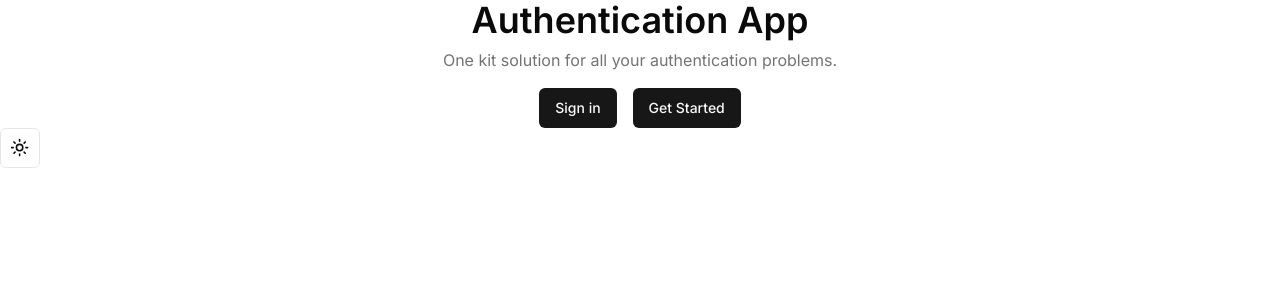
Repository: nickgoel31/authentication-toolkit
Page: /
These files come from the project's save history. The page is drawn as it stood at one moment and after the next save; the edit follows.
The browser window is 1280 px wide. The pictures show the whole page.
The project was rebuilt for these pictures with package versions that can differ from the ones it lists, and the page was loaded fresh each time. The framework's server and built-in components were replaced by stand-ins that run in the browser. Also part of the build but not shown: next.config.mjs.

Above is the page before, as saved 2024-02-04 13:08:49.

### app/layout.tsx
import type { Metadata } from "next";
import { Inter } from "next/font/google";
import "./globals.css";
import { ThemeProvider } from "@/providers/theme-provider";
import { ModeToggle } from "@/components/mode-toggle";

const inter = Inter({ subsets: ["latin"] });

export const metadata: Metadata = {
  title: "Authentication App",
  description: "Generated by create next app",
};

export default function RootLayout({
  children,
}: Readonly<{
  children: React.ReactNode;
}>) {
  return (
    <html lang="en">
      <body className={inter.className}>
      <ThemeProvider
        attribute="class"
        defaultTheme="system"
        enableSystem
        disableTransitionOnChange
        >
        <div className="relative">
          {children}
          <ModeToggle />
        </div>

      </ThemeProvider>
      </body>
    </html>
  );
}

### app/(landing)/layout.tsx
import React from 'react'

const HomeLayout = ({children} : {children:React.ReactNode}) => {
  return (
    <div className='h-full flex flex-col items-center justify-center'>
        {children}
    </div>
  )
}

export default HomeLayout

### app/(landing)/page.tsx
import { Button } from "@/components/ui/button";
import Image from "next/image";
import Link from "next/link";

export default function Home() {
  return (
    <div className="flex flex-col space-y-2 items-center justify-center">
      <h1 className="font-semibold text-4xl">Authentication App</h1>
      <p className="text-muted-foreground text-medium">One kit solution for all your authentication problems.</p>

      <div className="flex items-center gap-4 pt-2">
        <Button><Link href={'/sign-in'}>Sign in</Link></Button>
        <Button><Link href={'/sign-up'}>Get Started</Link></Button>

      </div>
    </div>
  );
}

### app/globals.css
@tailwind base;
@tailwind components;
@tailwind utilities;

html,body{
  height: 100%;
}

@layer base {
  :root {
    --background: 0 0% 100%;
    --foreground: 0 0% 3.9%;

    --card: 0 0% 100%;
    --card-foreground: 0 0% 3.9%;

    --popover: 0 0% 100%;
    --popover-foreground: 0 0% 3.9%;

    --primary: 0 0% 9%;
    --primary-foreground: 0 0% 98%;

    --secondary: 0 0% 96.1%;
    --secondary-foreground: 0 0% 9%;

    --muted: 0 0% 96.1%;
    --muted-foreground: 0 0% 45.1%;

    --accent: 0 0% 96.1%;
    --accent-foreground: 0 0% 9%;

    --destructive: 0 84.2% 60.2%;
    --destructive-foreground: 0 0% 98%;

    --border: 0 0% 89.8%;
    --input: 0 0% 89.8%;
    --ring: 0 0% 3.9%;

    --radius: 0.5rem;
  }

  .dark {
    --background: 0 0% 3.9%;
    --foreground: 0 0% 98%;

    --card: 0 0% 3.9%;
    --card-foreground: 0 0% 98%;

    --popover: 0 0% 3.9%;
    --popover-foreground: 0 0% 98%;

    --primary: 0 0% 98%;
    --primary-foreground: 0 0% 9%;

    --secondary: 0 0% 14.9%;
    --secondary-foreground: 0 0% 98%;

    --muted: 0 0% 14.9%;
    --muted-foreground: 0 0% 63.9%;

    --accent: 0 0% 14.9%;
    --accent-foreground: 0 0% 98%;

    --destructive: 0 62.8% 30.6%;
    --destructive-foreground: 0 0% 98%;

    --border: 0 0% 14.9%;
    --input: 0 0% 14.9%;
    --ring: 0 0% 83.1%;
  }
}

@layer base {
  * {
    @apply border-border;
  }
  body {
    @apply bg-background text-foreground;
  }
}

### components/mode-toggle.tsx
"use client"

import * as React from "react"
import { Moon, Sun } from "lucide-react"
import { useTheme } from "next-themes"

import { Button } from "@/components/ui/button"
import {
  DropdownMenu,
  DropdownMenuContent,
  DropdownMenuItem,
  DropdownMenuTrigger,
} from "@/components/ui/dropdown-menu"

export function ModeToggle() {
  const { setTheme } = useTheme()

  return (
    <DropdownMenu>
      <DropdownMenuTrigger asChild>
        <Button variant="outline" size="icon">
          <Sun className="h-[1.2rem] w-[1.2rem] rotate-0 scale-100 transition-all dark:-rotate-90 dark:scale-0" />
          <Moon className="absolute h-[1.2rem] w-[1.2rem] rotate-90 scale-0 transition-all dark:rotate-0 dark:scale-100" />
          <span className="sr-only">Toggle theme</span>
        </Button>
      </DropdownMenuTrigger>
      <DropdownMenuContent align="end">
        <DropdownMenuItem onClick={() => setTheme("light")}>
          Light
        </DropdownMenuItem>
        <DropdownMenuItem onClick={() => setTheme("dark")}>
          Dark
        </DropdownMenuItem>
        <DropdownMenuItem onClick={() => setTheme("system")}>
          System
        </DropdownMenuItem>
      </DropdownMenuContent>
    </DropdownMenu>
  )
}

### components/ui/button.tsx
import * as React from "react"
import { Slot } from "@radix-ui/react-slot"
import { cva, type VariantProps } from "class-variance-authority"

import { cn } from "@/lib/utils"

const buttonVariants = cva(
  "inline-flex items-center justify-center whitespace-nowrap rounded-md text-sm font-medium ring-offset-background transition-colors focus-visible:outline-none focus-visible:ring-2 focus-visible:ring-ring focus-visible:ring-offset-2 disabled:pointer-events-none disabled:opacity-50",
  {
    variants: {
      variant: {
        default: "bg-primary text-primary-foreground hover:bg-primary/90",
        destructive:
          "bg-destructive text-destructive-foreground hover:bg-destructive/90",
        outline:
          "border border-input bg-background hover:bg-accent hover:text-accent-foreground",
        secondary:
          "bg-secondary text-secondary-foreground hover:bg-secondary/80",
        ghost: "hover:bg-accent hover:text-accent-foreground",
        link: "text-primary underline-offset-4 hover:underline",
      },
      size: {
        default: "h-10 px-4 py-2",
        sm: "h-9 rounded-md px-3",
        lg: "h-11 rounded-md px-8",
        icon: "h-10 w-10",
      },
    },
    defaultVariants: {
      variant: "default",
      size: "default",
    },
  }
)

export interface ButtonProps
  extends React.ButtonHTMLAttributes<HTMLButtonElement>,
    VariantProps<typeof buttonVariants> {
  asChild?: boolean
}

const Button = React.forwardRef<HTMLButtonElement, ButtonProps>(
  ({ className, variant, size, asChild = false, ...props }, ref) => {
    const Comp = asChild ? Slot : "button"
    return (
      <Comp
        className={cn(buttonVariants({ variant, size, className }))}
        ref={ref}
        {...props}
      />
    )
  }
)
Button.displayName = "Button"

export { Button, buttonVariants }

### components/ui/dropdown-menu.tsx
"use client"

import * as React from "react"
import * as DropdownMenuPrimitive from "@radix-ui/react-dropdown-menu"
import { Check, ChevronRight, Circle } from "lucide-react"

import { cn } from "@/lib/utils"

const DropdownMenu = DropdownMenuPrimitive.Root

const DropdownMenuTrigger = DropdownMenuPrimitive.Trigger

const DropdownMenuGroup = DropdownMenuPrimitive.Group

const DropdownMenuPortal = DropdownMenuPrimitive.Portal

const DropdownMenuSub = DropdownMenuPrimitive.Sub

const DropdownMenuRadioGroup = DropdownMenuPrimitive.RadioGroup

const DropdownMenuSubTrigger = React.forwardRef<
  React.ElementRef<typeof DropdownMenuPrimitive.SubTrigger>,
  React.ComponentPropsWithoutRef<typeof DropdownMenuPrimitive.SubTrigger> & {
    inset?: boolean
  }
>(({ className, inset, children, ...props }, ref) => (
  <DropdownMenuPrimitive.SubTrigger
    ref={ref}
    className={cn(
      "flex cursor-default select-none items-center rounded-sm px-2 py-1.5 text-sm outline-none focus:bg-accent data-[state=open]:bg-accent",
      inset && "pl-8",
      className
    )}
    {...props}
  >
    {children}
    <ChevronRight className="ml-auto h-4 w-4" />
  </DropdownMenuPrimitive.SubTrigger>
))
DropdownMenuSubTrigger.displayName =
  DropdownMenuPrimitive.SubTrigger.displayName

const DropdownMenuSubContent = React.forwardRef<
  React.ElementRef<typeof DropdownMenuPrimitive.SubContent>,
  React.ComponentPropsWithoutRef<typeof DropdownMenuPrimitive.SubContent>
>(({ className, ...props }, ref) => (
  <DropdownMenuPrimitive.SubContent
    ref={ref}
    className={cn(
      "z-50 min-w-[8rem] overflow-hidden rounded-md border bg-popover p-1 text-popover-foreground shadow-lg data-[state=open]:animate-in data-[state=closed]:animate-out data-[state=closed]:fade-out-0 data-[state=open]:fade-in-0 data-[state=closed]:zoom-out-95 data-[state=open]:zoom-in-95 data-[side=bottom]:slide-in-from-top-2 data-[side=left]:slide-in-from-right-2 data-[side=right]:slide-in-from-left-2 data-[side=top]:slide-in-from-bottom-2",
      className
    )}
    {...props}
  />
))
DropdownMenuSubContent.displayName =
  DropdownMenuPrimitive.SubContent.displayName

const DropdownMenuContent = React.forwardRef<
  React.ElementRef<typeof DropdownMenuPrimitive.Content>,
  React.ComponentPropsWithoutRef<typeof DropdownMenuPrimitive.Content>
>(({ className, sideOffset = 4, ...props }, ref) => (
  <DropdownMenuPrimitive.Portal>
    <DropdownMenuPrimitive.Content
      ref={ref}
      sideOffset={sideOffset}
      className={cn(
        "z-50 min-w-[8rem] overflow-hidden rounded-md border bg-popover p-1 text-popover-foreground shadow-md data-[state=open]:animate-in data-[state=closed]:animate-out data-[state=closed]:fade-out-0 data-[state=open]:fade-in-0 data-[state=closed]:zoom-out-95 data-[state=open]:zoom-in-95 data-[side=bottom]:slide-in-from-top-2 data-[side=left]:slide-in-from-right-2 data-[side=right]:slide-in-from-left-2 data-[side=top]:slide-in-from-bottom-2",
        className
      )}
      {...props}
    />
  </DropdownMenuPrimitive.Portal>
))
DropdownMenuContent.displayName = DropdownMenuPrimitive.Content.displayName

const DropdownMenuItem = React.forwardRef<
  React.ElementRef<typeof DropdownMenuPrimitive.Item>,
  React.ComponentPropsWithoutRef<typeof DropdownMenuPrimitive.Item> & {
    inset?: boolean
  }
>(({ className, inset, ...props }, ref) => (
  <DropdownMenuPrimitive.Item
    ref={ref}
    className={cn(
      "relative flex cursor-default select-none items-center rounded-sm px-2 py-1.5 text-sm outline-none transition-colors focus:bg-accent focus:text-accent-foreground data-[disabled]:pointer-events-none data-[disabled]:opacity-50",
      inset && "pl-8",
      className
    )}
    {...props}
  />
))
DropdownMenuItem.displayName = DropdownMenuPrimitive.Item.displayName

const DropdownMenuCheckboxItem = React.forwardRef<
  React.ElementRef<typeof DropdownMenuPrimitive.CheckboxItem>,
  React.ComponentPropsWithoutRef<typeof DropdownMenuPrimitive.CheckboxItem>
>(({ className, children, checked, ...props }, ref) => (
  <DropdownMenuPrimitive.CheckboxItem
    ref={ref}
    className={cn(
      "relative flex cursor-default select-none items-center rounded-sm py-1.5 pl-8 pr-2 text-sm outline-none transition-colors focus:bg-accent focus:text-accent-foreground data-[disabled]:pointer-events-none data-[disabled]:opacity-50",
      className
    )}
    checked={checked}
    {...props}
  >
    <span className="absolute left-2 flex h-3.5 w-3.5 items-center justify-center">
      <DropdownMenuPrimitive.ItemIndicator>
        <Check className="h-4 w-4" />
      </DropdownMenuPrimitive.ItemIndicator>
    </span>
    {children}
  </DropdownMenuPrimitive.CheckboxItem>
))
DropdownMenuCheckboxItem.displayName =
  DropdownMenuPrimitive.CheckboxItem.displayName

const DropdownMenuRadioItem = React.forwardRef<
  React.ElementRef<typeof DropdownMenuPrimitive.RadioItem>,
  React.ComponentPropsWithoutRef<typeof DropdownMenuPrimitive.RadioItem>
>(({ className, children, ...props }, ref) => (
  <DropdownMenuPrimitive.RadioItem
    ref={ref}
    className={cn(
      "relative flex cursor-default select-none items-center rounded-sm py-1.5 pl-8 pr-2 text-sm outline-none transition-colors focus:bg-accent focus:text-accent-foreground data-[disabled]:pointer-events-none data-[disabled]:opacity-50",
      className
    )}
    {...props}
  >
    <span className="absolute left-2 flex h-3.5 w-3.5 items-center justify-center">
      <DropdownMenuPrimitive.ItemIndicator>
        <Circle className="h-2 w-2 fill-current" />
      </DropdownMenuPrimitive.ItemIndicator>
    </span>
    {children}
  </DropdownMenuPrimitive.RadioItem>
))
DropdownMenuRadioItem.displayName = DropdownMenuPrimitive.RadioItem.displayName

const DropdownMenuLabel = React.forwardRef<
  React.ElementRef<typeof DropdownMenuPrimitive.Label>,
  React.ComponentPropsWithoutRef<typeof DropdownMenuPrimitive.Label> & {
    inset?: boolean
  }
>(({ className, inset, ...props }, ref) => (
  <DropdownMenuPrimitive.Label
    ref={ref}
    className={cn(
      "px-2 py-1.5 text-sm font-semibold",
      inset && "pl-8",
      className
    )}
    {...props}
  />
))
DropdownMenuLabel.displayName = DropdownMenuPrimitive.Label.displayName

const DropdownMenuSeparator = React.forwardRef<
  React.ElementRef<typeof DropdownMenuPrimitive.Separator>,
  React.ComponentPropsWithoutRef<typeof DropdownMenuPrimitive.Separator>
>(({ className, ...props }, ref) => (
  <DropdownMenuPrimitive.Separator
    ref={ref}
    className={cn("-mx-1 my-1 h-px bg-muted", className)}
    {...props}
  />
))
DropdownMenuSeparator.displayName = DropdownMenuPrimitive.Separator.displayName

const DropdownMenuShortcut = ({
  className,
  ...props
}: React.HTMLAttributes<HTMLSpanElement>) => {
  return (
    <span
      className={cn("ml-auto text-xs tracking-widest opacity-60", className)}
      {...props}
    />
  )
}
DropdownMenuShortcut.displayName = "DropdownMenuShortcut"

export {
  DropdownMenu,
  DropdownMenuTrigger,
  DropdownMenuContent,
  DropdownMenuItem,
  DropdownMenuCheckboxItem,
  DropdownMenuRadioItem,
  DropdownMenuLabel,
  DropdownMenuSeparator,
  DropdownMenuShortcut,
  DropdownMenuGroup,
  DropdownMenuPortal,
  DropdownMenuSub,
  DropdownMenuSubContent,
  DropdownMenuSubTrigger,
  DropdownMenuRadioGroup,
}

Loaded but not shown: providers/theme-provider.tsx (common file); lib/utils.ts (common file); tailwind.config.ts (common file)

After the next save:
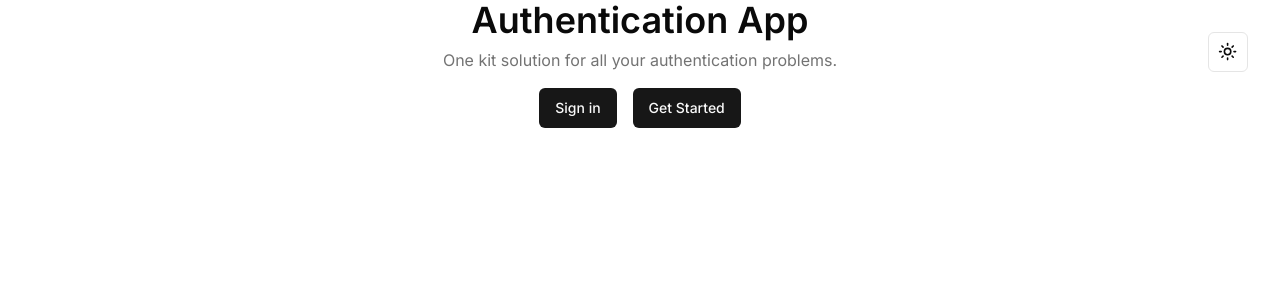
Saved 20 s later.
--- a/app/layout.tsx
+++ b/app/layout.tsx
@@ -27,7 +27,9 @@ export default function RootLayout({
         >
         <div className="relative">
           {children}
-          <ModeToggle />
+          <div className="absolute top-8 right-8">
+            <ModeToggle />
+          </div>
         </div>
 
       </ThemeProvider>
